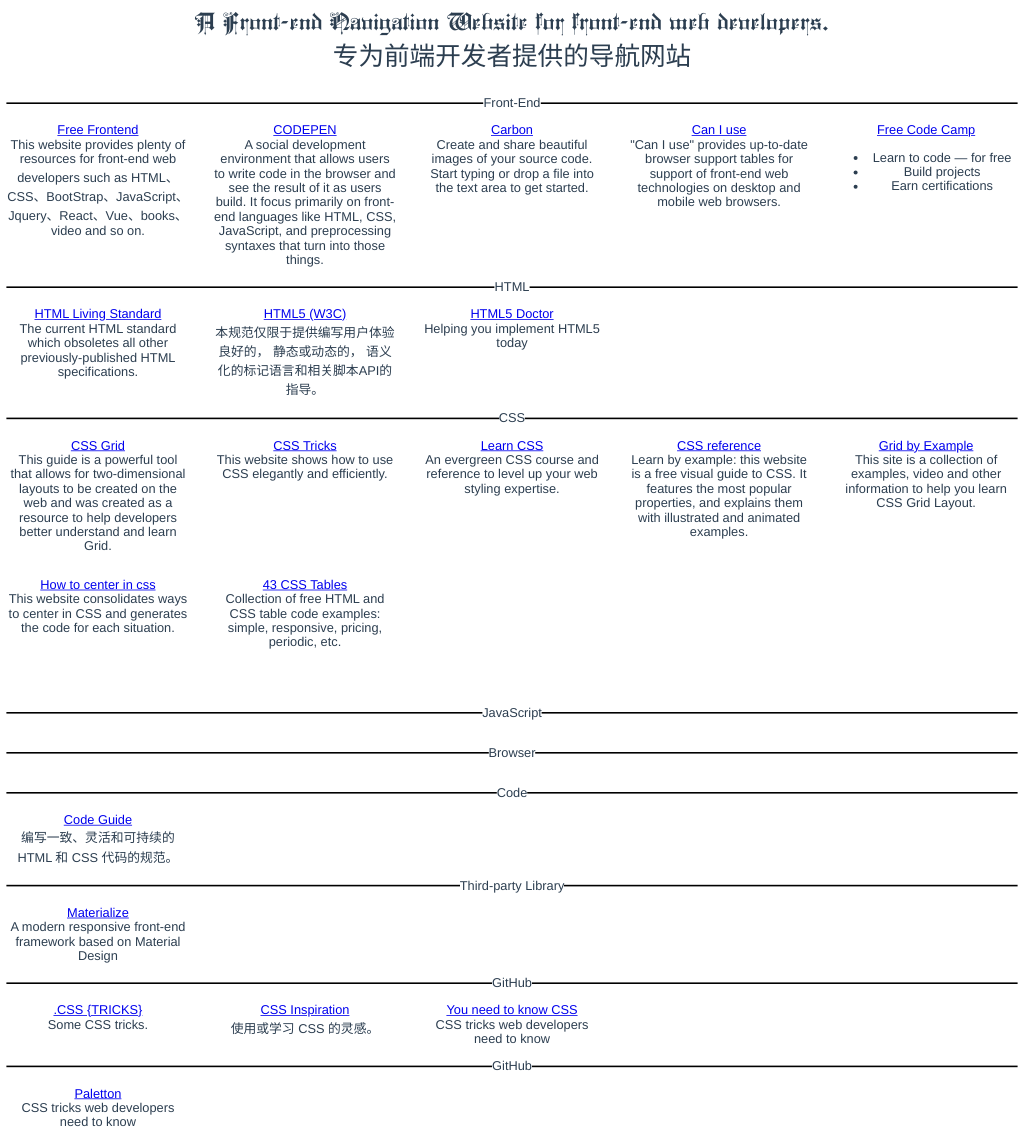
Repository: 321paranoiawhy/fenav.io
Page: /
These files come from the project's save history. The page is drawn as it stood at one moment and after a run of saves; the edit follows.
The browser window is 1280 px wide. The pictures show the whole page, at 80% of full size.
The project was rebuilt for these pictures with package versions that can differ from the ones it lists, and the page was loaded fresh each time. Also part of the build but not shown: vue.config.js.

Above is the page before, as saved 2022-04-06 01:21:48.

After the next 2 saves:
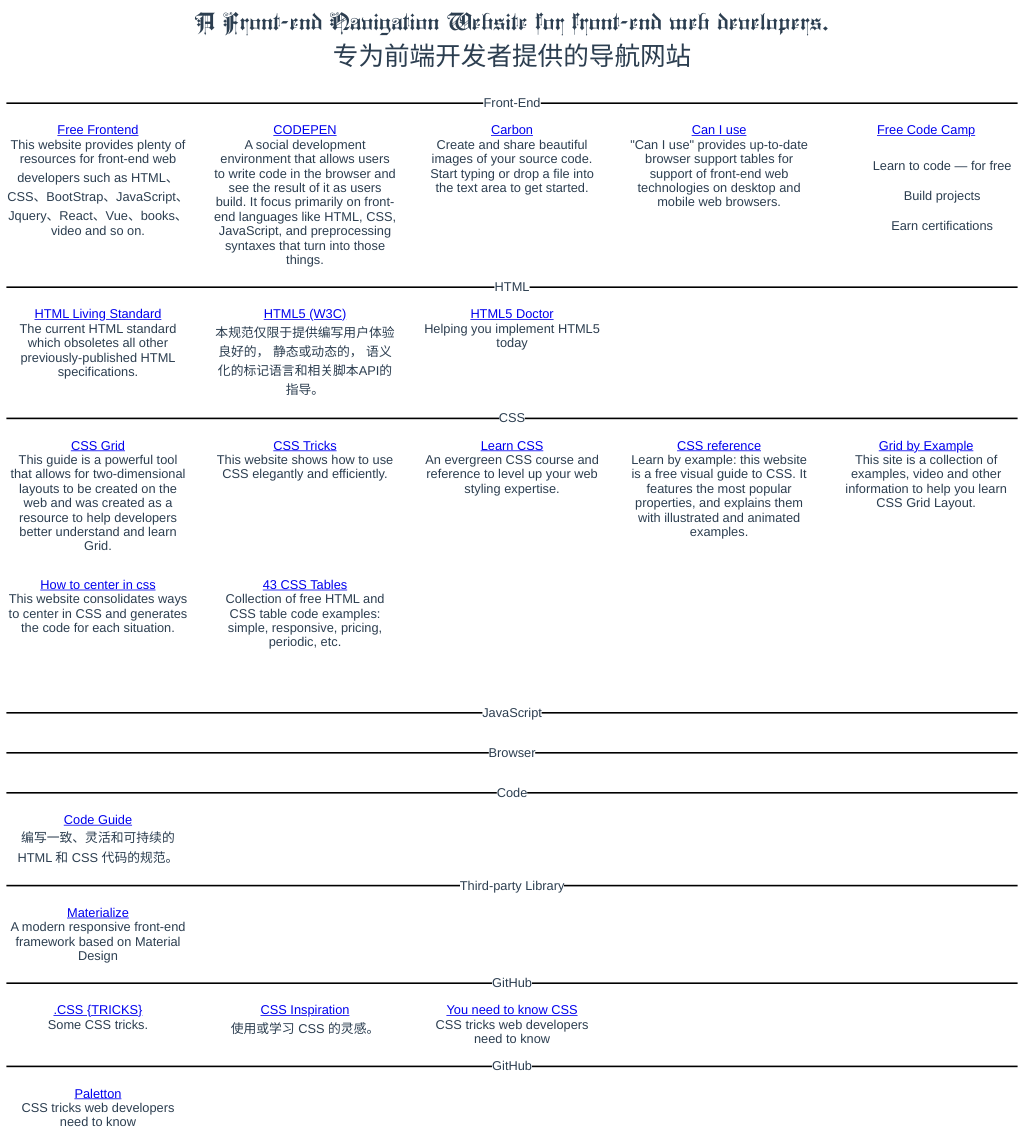
The 2 saves are shown as one change because they came seconds apart.
The last was saved 15 s later.
--- a/src/views/HomeView.vue
+++ b/src/views/HomeView.vue
@@ -255,4 +255,8 @@
   flex-direction: column;
   justify-content: center;
 }
+ul li {
+  list-style: none;
+  margin: 10px 0;
+}
 </style>
